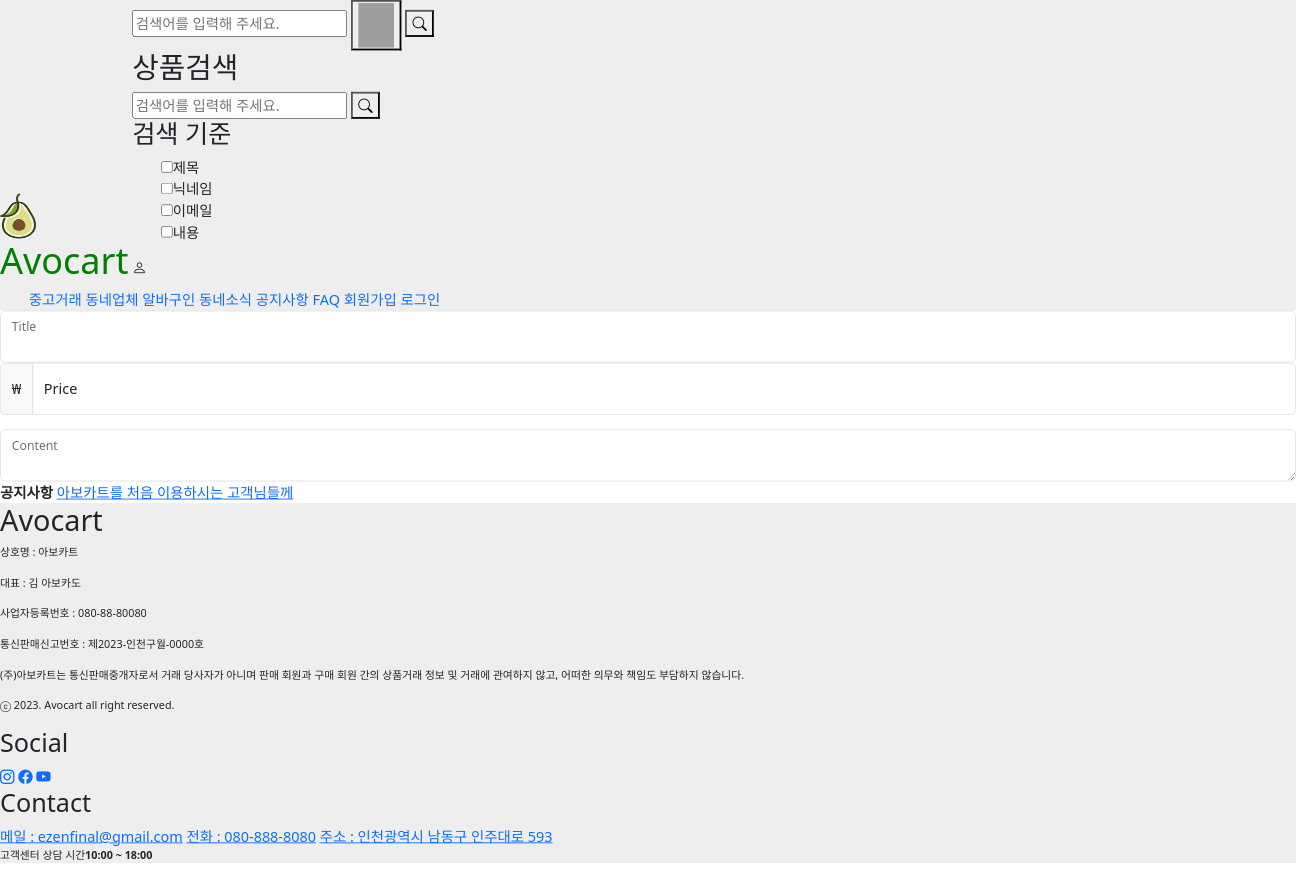
Repository: kimms0311/finalProject
Page: http://localhost/finalProject/WEB-INF/views/joongo/register.jsp
An editor plug-in stored every save of this project. The page is shown before and after the next save, followed by the edit.
The browser window is 1280 px wide. The page is 1440 px wide, so the pictures cover 1440 px, including what lies to the right of the window. The pictures show the whole page, at 90% of full size.
Pictures or frames that could not be fetched are drawn as grey boxes. The page is served by Tomcat 9. Nobody is signed in. Other server files are loaded and not shown. The template is opened directly, without the code that normally fills it, so the values that code supplies are empty.

Above is the page before, as saved 2023-11-15 12:32:53.

### finalProject/src/main/webapp/WEB-INF/views/joongo/register.jsp
<%@ page language="java" contentType="text/html; charset=UTF-8"
    pageEncoding="UTF-8"%>
<!DOCTYPE html>
<html>
<head>
<meta charset="UTF-8">
<title>Insert title here</title>
</head>
<body>
<jsp:include page="../common/header.jsp" />
<div class="bodyContainer">
<form action="/joongo/register" method="post">
	<input type="hidden" name="proEmail" value="joongoEmail@email">
	<input type="hidden" name="proNickName" value="joongo">
	<div class="form-floating">
		<input type="text" class="form-control" id="title" name="proTitle">
		<label for="title">Title</label>
	</div>
	<div class="input-group mb-3">
	  <span class="input-group-text">&#8361;</span>
	  <div class="form-floating">
	    <input type="text" class="form-control" id="price" name="proPrice" placeholder="price">
	    <label for="price">Price</label>
	  </div>
	</div>
	<div class="form-floating">
		<textarea class="form-control" id="content" name="proContent"></textarea>
		<label for="content">Content</label>
	</div>
</form>
</div>
<jsp:include page="../common/footer.jsp" />
</body>
</html>

### finalProject/src/main/webapp/WEB-INF/views/common/header.jsp
<%@ page language="java" contentType="text/html; charset=UTF-8"
    pageEncoding="UTF-8"%>
<%@ taglib uri="http://java.sun.com/jsp/jstl/core" prefix="c"%>
<%@ taglib uri="http://www.springframework.org/security/tags" prefix="sec" %>
<!DOCTYPE html>
<html>
<head>
<meta charset="UTF-8">
<title>Insert title here</title>
<link rel="stylesheet" href="../resources/css/page.css">
<link href="https://cdn.jsdelivr.net/npm/bootstrap@5.3.1/dist/css/bootstrap.min.css" rel="stylesheet" integrity="sha384-4bw+/aepP/YC94hEpVNVgiZdgIC5+VKNBQNGCHeKRQN+PtmoHDEXuppvnDJzQIu9" crossorigin="anonymous">
<script src="https://cdn.jsdelivr.net/npm/bootstrap@5.3.1/dist/js/bootstrap.bundle.min.js" integrity="sha384-HwwvtgBNo3bZJJLYd8oVXjrBZt8cqVSpeBNS5n7C8IVInixGAoxmnlMuBnhbgrkm" crossorigin="anonymous"></script>
<link rel="stylesheet" href="https://cdn.jsdelivr.net/npm/bootstrap-icons@1.10.5/font/bootstrap-icons.css">
</head>
<body>

<div class="headerContainer">
   <header>
      <div class="logoSec">
         <img alt="logo" src="../resources/image/avocartLogo.png">
         <h1><a href="/">Avocart</a></h1>
      </div>
      <div class="searchSec">
         <form action="/common/search" method="post">
            <input type="search" id="searchInput" placeholder="검색어를 입력해 주세요.">
            <button type="button"><img width="24" height="24" src="https://img.icons8.com/plumpy/24/macos-close.png" alt="macos-close"/></button>
            <button type="button" class="openMenu">
               <i class="bi bi-search"></i>
            </button>
            <div class="searchMenu off">
               <h2>상품검색</h2>
               <input type="search" id="keyword" name="keyword" placeholder="검색어를 입력해 주세요.">
               <button type="submit">
                  <i class="bi bi-search"></i>
               </button>
               <h3>검색 기준</h3>
               <ul>
                  <li><input type="checkbox" name="srcCondit" id="ck_title" value="title"><label for="ck_title">제목</label></li>
                  <li><input type="checkbox" name="srcCondit" id="ck_nickname" value="nickname"><label for="ck_nickname">닉네임</label></li>
                  <li><input type="checkbox" name="srcCondit" id="ck_email" value="email"><label for="ck_email">이메일</label></li>
                  <li><input type="checkbox" name="srcCondit" id="ck_content" value="content"><label for="ck_content">내용</label></li>
               </ul>
               <!-- <h3>게시판 선택</h3>
               <ul>
                  <li><input type="checkbox" name="srcCondit" id="title" value="title"><label for="title">제목</label></li>
                  <li><input type="checkbox" name="srcCondit" id="nickname" value="nickname"><label for="nickname">닉네임</label></li>
                  <li><input type="checkbox" name="srcCondit" id="email" value="email"><label for="email">이메일</label></li>
                  <li><input type="checkbox" name="srcCondit" id="content" value="content"><label for="content">내용</label></li>
               </ul> -->
               <!-- <button type="button" id="checkCondit">확인</button> -->
            </div>
         </form>
         <i id="my" class="bi bi-person"></i>
         <!-- 로그인 후 오픈되어야 할 메뉴 -->
         <sec:authorize access="isAuthenticated()">
           <sec:authentication property="principal.mvo.memEmail" var="authEmail" />
            <div id="myMenu" class="off">
               <ul>
                  <li><a href="/hmember/detail?memEmail=${authEmail }">마이페이지</a></li>
                  <li><a href="#" id="logoutLink">로그아웃</a></li>
                  <form action="/member/logout" method="post" id="logoutForm">
                       <input type="hidden" name="memEmail" value="${authEmail }">
                  </form>
               </ul>
            </div>
         </sec:authorize>
      </div>
   </header>
   <nav>
      <ul>
         <li><a href="/joongo/list">중고거래</a></li>
         <li><a href="/store/list">동네업체</a></li>
         <li><a href="/job/list">알바구인</a></li>
         <li><a href="/community/list">동네소식</a></li>
         <li><a href="#">공지사항</a></li>
         <li><a href="#">FAQ</a></li>

           <!-- 로그인 전 오픈되어야 할 메뉴 -->
         <sec:authorize access="isAnonymous()">
            <li><a href="/member/register">회원가입</a></li>
            <li><a href="/member/login">로그인</a></li>
         </sec:authorize>
      </ul>
   </nav>
</div>

<script type="text/javascript" src="/resources/js/header.js"></script>
</body>
</html>

### finalProject/src/main/webapp/WEB-INF/views/common/footer.jsp
<%@ page language="java" contentType="text/html; charset=UTF-8"
    pageEncoding="UTF-8"%>
<!DOCTYPE html>
<html>
<head>
<meta charset="UTF-8">
<title>Insert title here</title>
</head>
<body>
<footer>
	<section class="infoSec">
		<div>
			<b>공지사항</b>
			<a href="#">아보카트를 처음 이용하시는 고객님들께</a>
		</div>
	</section>
	<div class="footerContainer">
		<div class="mainSec">
			<h2>Avocart</h2>
			<p>상호명 : 아보카트</p>
			<p>대표 : 김 아보카도</p>
			<p>사업자등록번호 : 080-88-80080</p>
			<p>통신판매신고번호 : 제2023-인천구월-0000호</p>
			<p>(주)아보카트는 통신판매중개자로서 거래 당사자가 아니며 판매 회원과 구매 회원 간의 상품거래 정보 및 거래에 관여하지 않고, 어떠한 의무와 책임도 부담하지 않습니다.</p>
			<p>ⓒ 2023. Avocart all right reserved.</p>
		</div>
		<div class="socialSec">
			<h3>Social</h3>
			<a href="#"><i class="bi bi-instagram"></i></a>
			<a href="#"><i class="bi bi-facebook"></i></a>
			<a href="#"><i class="bi bi-youtube"></i></a>
		</div>
		<div class="contactSec">
			<h3>Contact</h3>
			<a href="mailto:ezenFinal@gmail.com">메일 : ezenfinal@gmail.com</a>
			<a href="tel:080-888-8080">전화 : 080-888-8080</a>
			<a href="https://kko.to/k2pByw0PdA" target="_blank">주소 : 인천광역시 남동구 인주대로 593</a>
			<p>고객센터 상담 시간<b>10:00 ~ 18:00</b></p>
		</div>
	</div>
</footer>
</body>
</html>

### finalProject/src/main/webapp/resources/css/page.css
@import url("reset.css");
@import url("global.css");

### finalProject/src/main/webapp/resources/css/global.css
.headerContainer{
}
header{
	width: 1440px;
	margin: 0 auto;
	background-color: #eeeeee;
}
header>*{
	display: inline-block;
}
header img{
	width: 40px;
	height: 50px;
}
header h1 a{
	text-decoration: none;
	color: green;
}
nav{
	width: 1440px;
	margin: 0 auto;
	background-color: #eeeeee;

}
nav ul{
	display: inline;
}
nav ul li{
	display: inline-block;
}
nav ul li a{
	text-decoration: none;

}


.bodyContainer{
	margin: 0 auto;
	width: 1440px;
}

footer .footerContainer{
	margin: 0 auto;
	width: 1440px;
	background-color: #eeeeee;

}

footer{
}
footer p{
	display: block;
	font-size: 12px;
}

Loaded but not shown: finalProject/src/main/webapp/resources/css/reset.css (common file); finalProject/src/main/webapp/resources/js/header.js (no copy from this time; the picture is the same without it)

After the next save:
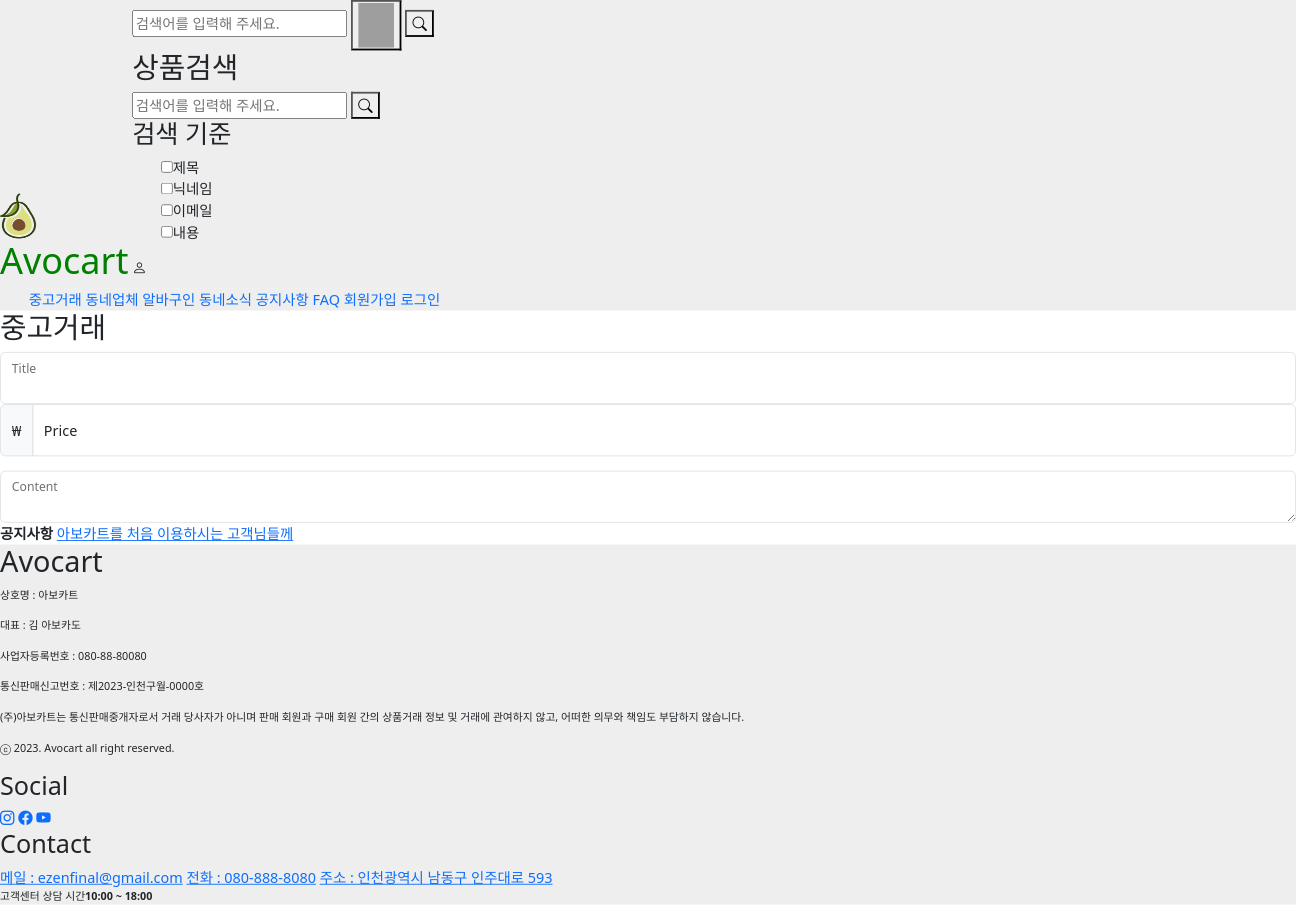
Saved 1 s later.
--- a/finalProject/src/main/webapp/WEB-INF/views/joongo/register.jsp
+++ b/finalProject/src/main/webapp/WEB-INF/views/joongo/register.jsp
@@ -9,6 +9,7 @@
 <body>
 <jsp:include page="../common/header.jsp" />
 <div class="bodyContainer">
+<h2> 중고거래 </h2>
 <form action="/joongo/register" method="post">
 	<input type="hidden" name="proEmail" value="joongoEmail@email">
 	<input type="hidden" name="proNickName" value="joongo">
